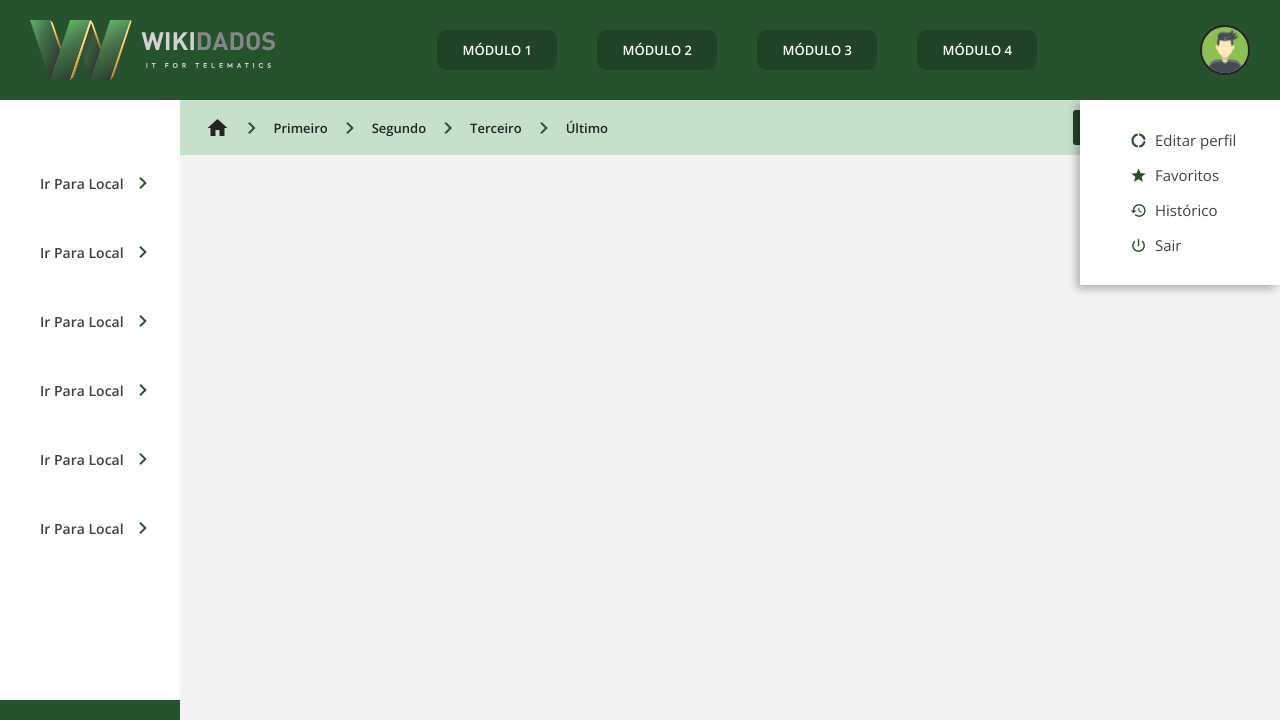
Repository: AlexDjon/alexdjon.github.io
Page: wiki-relayout/index.html
The author's editor kept a copy of each file at every save. The page is drawn from the files as they stood at one save, then again after the next save.
The browser window is 1280 px wide. The pictures show the whole page.
After loading, the first visible `button.user` was clicked once.

Above is the page before, as saved 2020-08-12 16:03:12.

### wiki-relayout/index.html
<!DOCTYPE html>
<html lang="pt-br">

<head>
  <meta charset="UTF-8">
  <meta name="viewport" content="width=device-width, initial-scale=1.0">
  <title>Wiki - Relayout</title>

  <link rel="shotcut icon" href="https://wikidados.com.br/assets/wiki/img/logos/favicon.ico">
  <link href="https://fonts.googleapis.com/icon?family=Material+Icons" rel="stylesheet">
  <link href="https://fonts.googleapis.com/css2?family=Open+Sans:wght@400;600;700&display=swap" rel="stylesheet">
  <link rel="stylesheet" href="css/styles.css">
</head>

<body>
  <header class="cabecalho">
    <img src="img/logo.svg" alt="Logo Wiki" class="logo">

    <div class="modulos">
      <button>Módulo 1</button>
      <button>Módulo 2</button>
      <button>Módulo 3</button>
      <button>Módulo 4</button>
    </div>

    <button class="user">
    </button>
  </header>

  <aside class="areas">
    <ul>
      <li><i class="material-icons">donut_large</i> Editar perfil</li>
      <li><i class="material-icons">grade</i> Favoritos</li>
      <li><i class="material-icons">history</i> Histórico</li>
      <li><i class="material-icons">power_settings_new</i> Sair</li>
    </ul>
  </aside>

  <main class="conteudo">
    <nav class="navbar">
      <ul class="menu">
        <li>Ir para local <i class="material-icons">chevron_right</i></li>
        <li>Ir para local <i class="material-icons">chevron_right</i></li>
        <li>Ir para local <i class="material-icons">chevron_right</i></li>
        <li>Ir para local <i class="material-icons">chevron_right</i></li>
        <li>Ir para local <i class="material-icons">chevron_right</i></li>
        <li>Ir para local <i class="material-icons">chevron_right</i></li>
      </ul>
    </nav>

    <div class="meio">
      <div class="barra">
        <ul class="caminho">
          <li>
            <i class="material-icons">home</i>
          </li>
          <li id="separator">
            <i class="material-icons">chevron_right</i>
          </li>
          <li>
            Primeiro
          </li>
          <li id="separator">
            <i class="material-icons">chevron_right</i>
          </li>
          <li>
            Segundo
          </li>
          <li id="separator">
            <i class="material-icons">chevron_right</i>
          </li>
          <li>
            Terceiro
          </li>
          <li id="separator">
            <i class="material-icons">chevron_right</i>
          </li>
          <li>
            Último
          </li>
        </ul>

        <div class="list-buttons">
          <button>
            <i class="material-icons">close</i>
          </button>
          <button>
            <i class="material-icons">edit</i>
          </button>
          <button>
            <i class="material-icons">save</i>
          </button>
        </div>
      </div>

    </div>

  </main>

  <script src="js/scripts.js"></script>
</body>

</html>

### wiki-relayout/css/styles.css
* {
  padding: 0;
  margin: 0;
  font-weight: 100%;
  font-family: 'Open Sans', sans-serif;
  border: 0;
  outline: 0;
  box-sizing: border-box;
}

body {
  background: #f3f3f3;
}

:root {
  --verdeW: #26522e;
  --verdeW2: #204226;
  --verdeW-semi: #c6e0cc;
  --verde: #32a852;
  --black: #232323;
  --black2: #414141;
  --white: #ffffff;
  --grey: #3b3b3b;
  --shadow: -4px 4px 8px 0px rgba(10, 10, 10, 0.27);
}

/* CABECALHO */
.cabecalho {
  width: 100%;
  height: 100px;
  background: var(--verdeW);
  padding: 10px 30px;
  display: flex;
  justify-content: space-between;
  align-items: center;
}

.cabecalho .logo {
  height: 60px;
}

.cabecalho .modulos {
  display: flex;
}
.cabecalho .modulos button {
  margin: 0 20px;
  width: 120px;
  height: 40px;
  border-radius: 10px;
  background-color: var(--verdeW2);
  color: var(--white);
  font-size: 13px;
  text-transform: uppercase;
  font-weight: 600;
  cursor: pointer;
  transition: filter 0.3s;
}
.cabecalho .modulos button:hover {
  filter: brightness(90%);
}
.cabecalho .user {
  height: 50px;
  width: 50px;
  border-radius: 50%;
  border: solid 2px var(--black);

  background-image: url(../img/avatar1.png);
  background-size: cover;
  background-position: center center;

  cursor: pointer;
}

/* AREAS */
.areas {
  display: none;
  min-width: 200px;
  position: absolute;
  top: 100px;
  right: 0;
  background-color: var(--white);
  box-shadow: var(--shadow);
}
.areas.ativo {
  display: block;
}
.areas ul {
  list-style: none;
  padding: 15px 20px 15px 50px;
}
.areas ul li {
  margin: 15px 0;
  font-size: 15px;
  color: var(--black2);

  display: flex;
  justify-content: flex-start;
  align-items: center;
  transition: color 0.3s;
  cursor: pointer;
}
.areas ul li:hover {
  color: var(--black);
}
.areas ul li i {
  margin-right: 8px;
  font-size: 17px;
  color: var(--verdeW);
}


/* NAVBAR */
.navbar {
  width: 210px;
  height: calc(100vh - 100px);
  background: var(--white);
  border-bottom: solid 20px var(--verdeW);
}
.navbar .menu {
  padding: 50px 0 50px 30px;
  display: flex;
  flex-direction: column;
  justify-content: flex-start;
  align-items: flex-start;
  list-style: none;
}
.navbar .menu li {
  margin: 14px 0;
  text-transform: capitalize;
  font-weight: 600;
  color: var(--black2);
  font-size: 14px;
  padding: 7px 3px 10px 10px;
  /* border-bottom: solid 1px var(--white);
  border-radius: 0 0 5px 0; */

  display: flex;
  justify-content: space-between;
  align-items: center;

  cursor: pointer;
}
.navbar .menu li i {
  margin-left: 7px;
  color: var(--black2);
}
.navbar .menu li i {
  color: var(--verdeW);
}


/* CONTEUDO */
.conteudo {
  width: 100%;
  height: calc(100vh - 100px);

  display: flex;
}

.meio {
  width: 100%;
  display: flex;
  flex-direction: column;
}

.meio .barra {
  width: 100%;
  height: 55px;
  padding: 0 20px;
  margin-bottom: 10px;
  background-color: var(--verdeW-semi);
  display: flex;
  justify-content: space-between;
  align-items: center;
}
/*
.meio .barra div#separator span i {
  margin: 0 5px;
  color: var(--verdeW);
} */
.meio .barra .caminho {
  height: 55px;
  display: flex;
  align-items: center;
  list-style: none;
}
.meio .barra .caminho li {
  height: 55px;
  margin: 0 5px;
  font-size: 13px;
  font-weight: 600;
  color: var(--black);
  display: flex;
  align-items: center;
}
.meio .barra .caminho li:not(#separator) {
  cursor: pointer;
}

.meio .barra .caminho li#separator {
  color: var(--verdeW);
}

.list-buttons {
  margin: 0 10px;
  display: flex;
}
.list-buttons button {
  padding: 8px 15px;
  margin: 0 6px;
  border-radius: 3px;
  display: flex;
  justify-content: center;
  align-items: center;
  background: var(--verdeW2);
}
.list-buttons button i {
  font-size: 19px;
  color: var(--white);
}
.list-buttons button:nth-child(1) {}
.list-buttons button:nth-child(2) {}
.list-buttons button:nth-child(3) {}

### wiki-relayout/js/scripts.js
function getItem(info) {
  return document.querySelector(info)
}

getItem('.user').addEventListener('click', () => {
  getItem('.areas').classList.toggle('ativo')
})

After the next save:
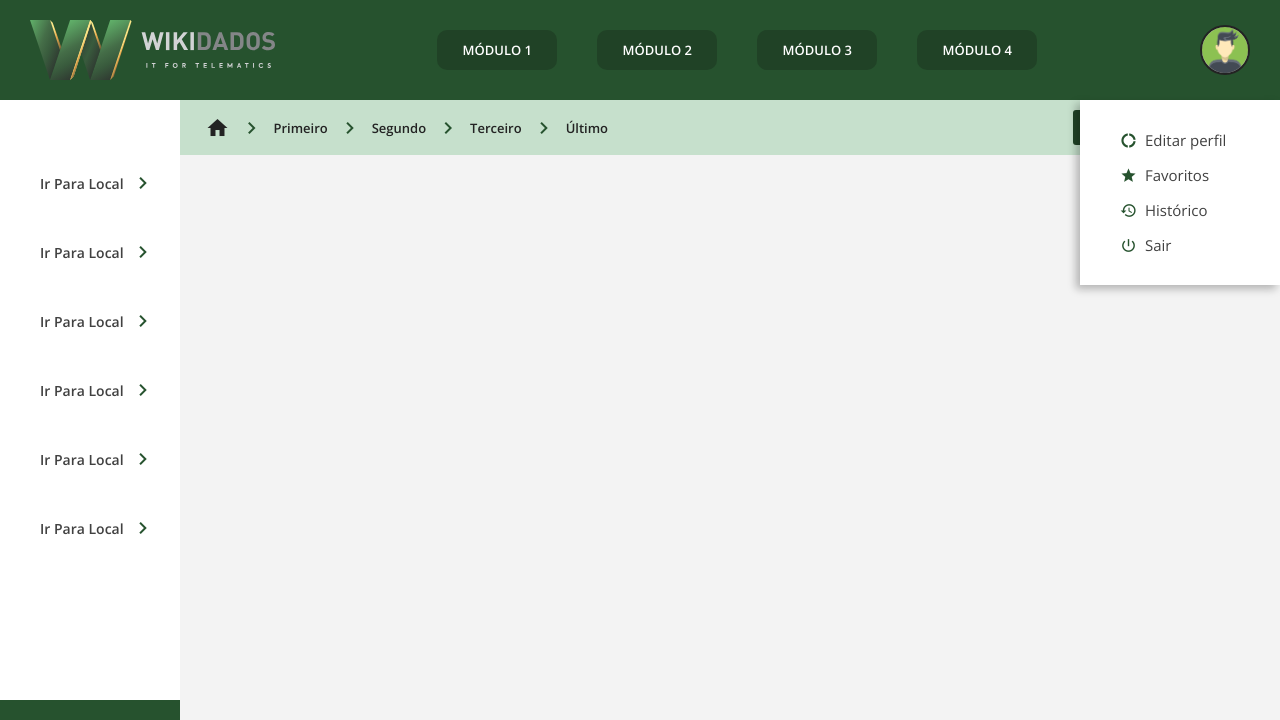
Saved 4 s later.
--- a/wiki-relayout/css/styles.css
+++ b/wiki-relayout/css/styles.css
@@ -86,7 +86,7 @@ body {
 }
 .areas ul {
   list-style: none;
-  padding: 15px 20px 15px 50px;
+  padding: 15px 20px 15px 40px;
 }
 .areas ul li {
   margin: 15px 0;
